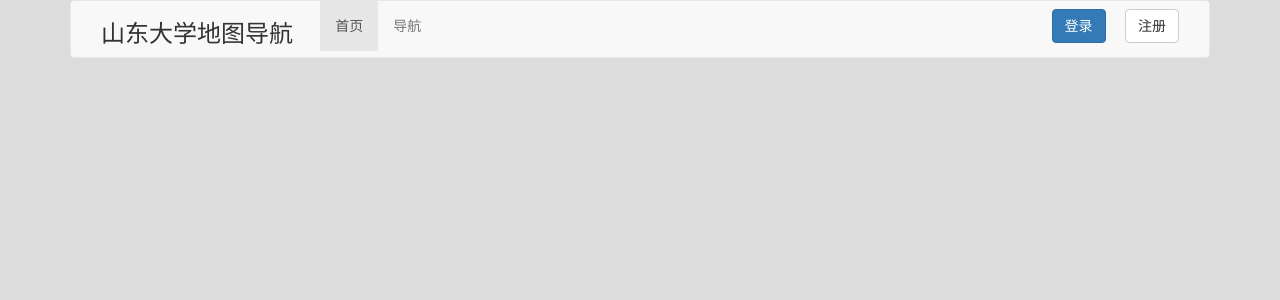
Repository: hhjswhh/JavaEE-experience
Page: http://localhost/SDUMap/Navbar.jsp
An editor plug-in stored every save of this project. The page is shown before and after the next save, followed by the edit.
The browser window is 1280 px wide. The pictures show the whole page.
The page is served by Tomcat 9.

Above is the page before, as saved 2017-05-03 12:04:05.

After the next save:
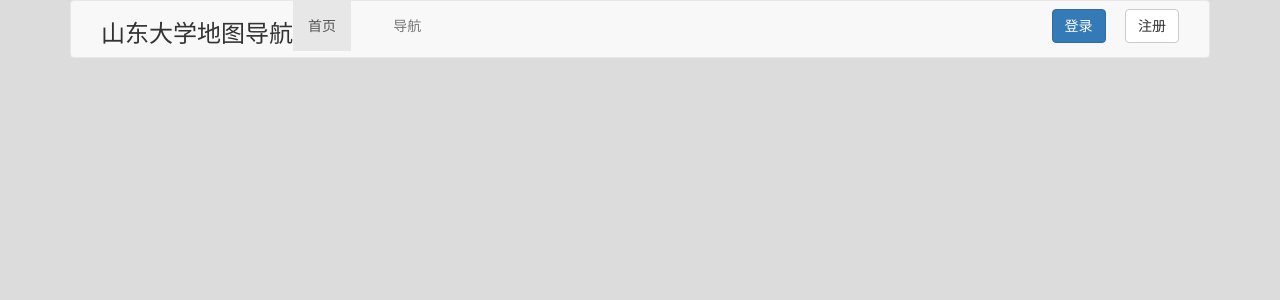
Saved 20 s later.
--- a/SDUMap/WebRoot/Navbar.jsp
+++ b/SDUMap/WebRoot/Navbar.jsp
@@ -30,9 +30,7 @@
 							<li class="navbar-left">
 								<h3>山东大学地图导航</h3>
 							</li>
-							<li>
 								 &nbsp &nbsp &nbsp &nbsp
-							</li>
 							<li class="active">
 								<a href="index.jsp">首页<span class="sr-only">(current)</span></a>
 							</li>

After the save that followed:
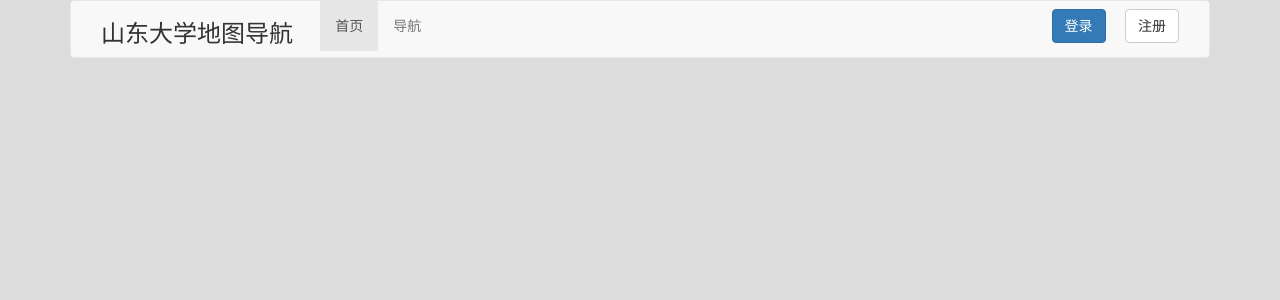
Saved 8 s later.
--- a/SDUMap/WebRoot/Navbar.jsp
+++ b/SDUMap/WebRoot/Navbar.jsp
@@ -30,7 +30,9 @@
 							<li class="navbar-left">
 								<h3>山东大学地图导航</h3>
 							</li>
+							<li>
 								 &nbsp &nbsp &nbsp &nbsp
+							</li>
 							<li class="active">
 								<a href="index.jsp">首页<span class="sr-only">(current)</span></a>
 							</li>
